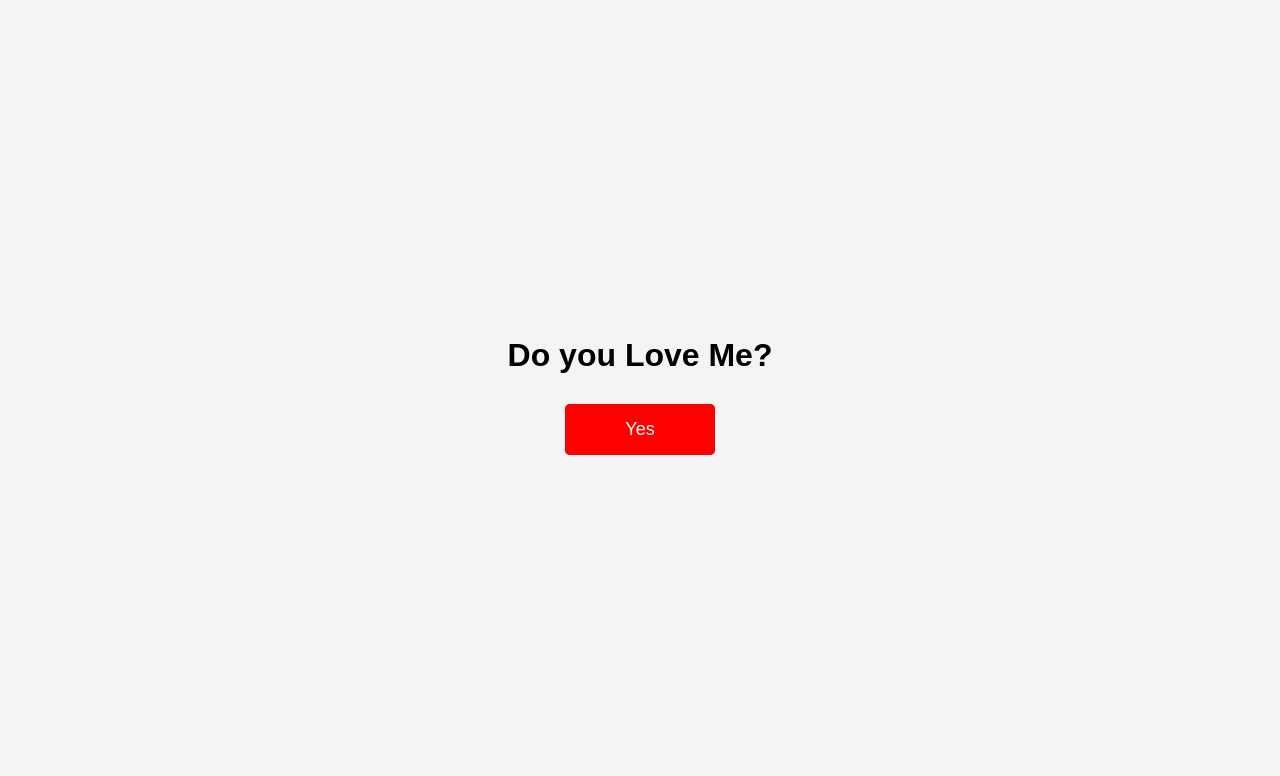
Repository: JishuChouhan/MyCode
Page: yes.html
The author's editor kept a copy of each file at every save. The page is drawn from the files as they stood at one save, then again after the next save.
The browser window is 1280 px wide. The pictures show the whole page.

Above is the page before, as saved 2025-02-17 18:21:23.

After the next save:
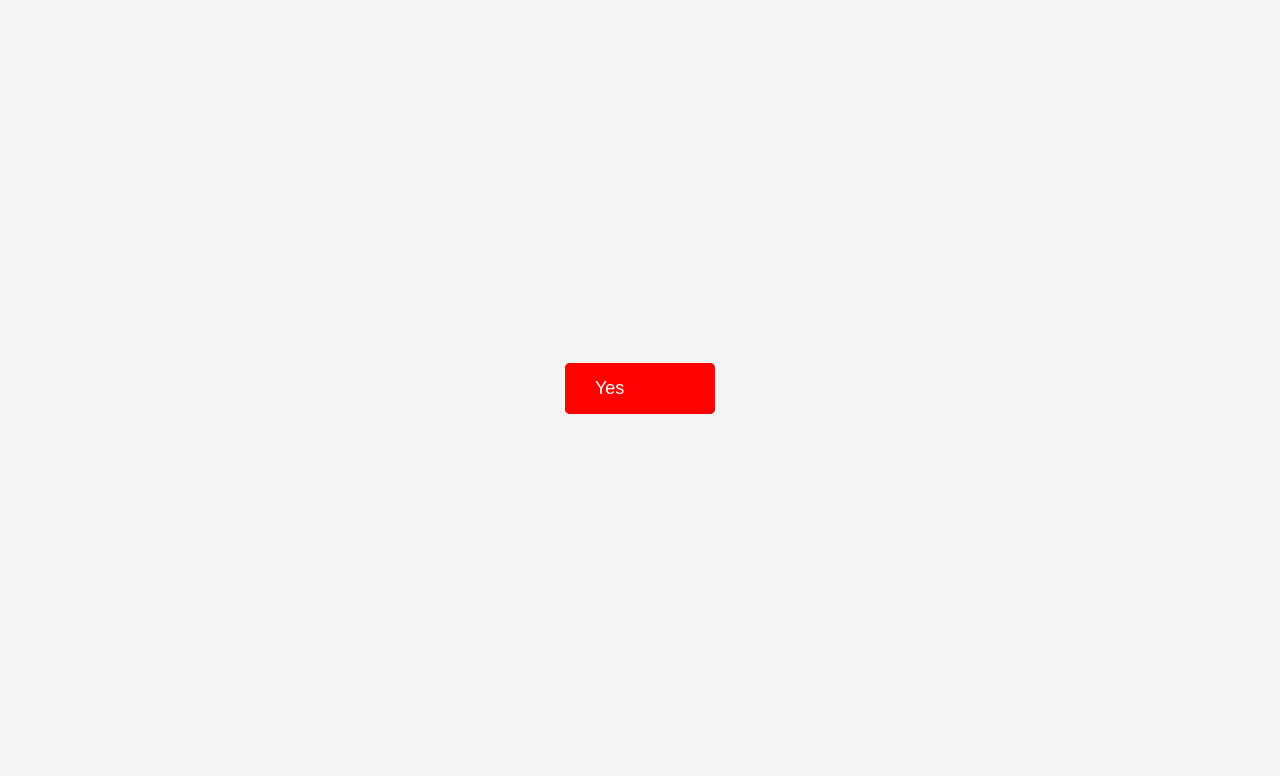
Saved 2 min 10 s later.
--- a/yes.html
+++ b/yes.html
@@ -26,13 +26,13 @@
             position: relative;
             display: flex;
             justify-content: space-between;
-            gap: 5rem;
             flex-direction: column;
             align-items: center;
             width: 100%;
         }
 
         .btn {
+            display: flex;
             padding: 15px 30px;
             font-size: 18px;
             border: none;
@@ -66,7 +66,7 @@
 </head>
 <body>
 
-    <h2>Do you Love Me?</h2>
+    <!-- <h2>Do you Love Me?</h2> -->
     <div class="btn-container">
         <button id="yesBtn" class="btn" onclick="redirect()">No</button>
         <button id="noBtn" class="btn" onmouseover="moveButton()">Yes</button>
